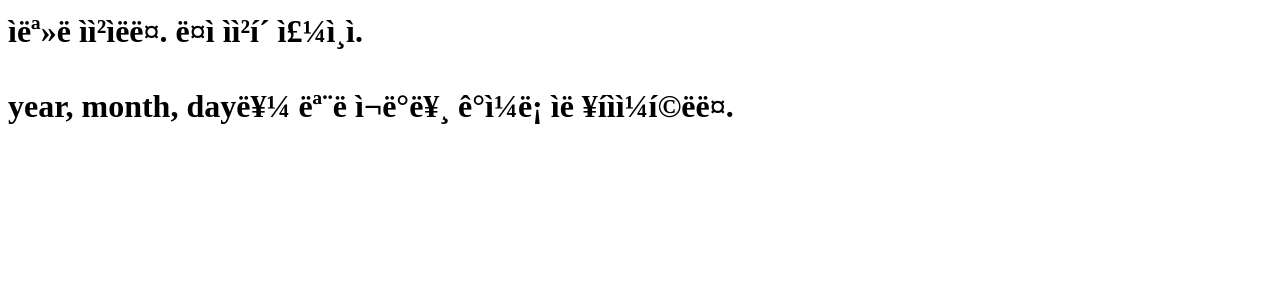
Repository: chungmin23/fastcampus_spring
Page: http://localhost/ch2/getYoilMVC5
An editor plug-in stored every save of this project. The page is shown before and after the next save, followed by the edit.
The browser window is 1280 px wide. The pictures show the whole page.
The page is served by Tomcat 9. Other server files are loaded and not shown.

Above is the page before, as saved 2022-04-08 11:49:55.

### ch2/src/main/webapp/WEB-INF/views/yoilError.jsp
<%@ taglib uri="http://java.sun.com/jsp/jstl/core" prefix="c" %>
<%@ page session="false" %>
<html>
<head>
	<title>Home</title>
</head>
<body>
<h1>잘못된 요청입니다. 다시 요청해 주세요.</h1>
<h1>year, month, day를 모두 올바른 값으로 입력하셔야합니다. </h1>
</body>
</html>

After the next save:
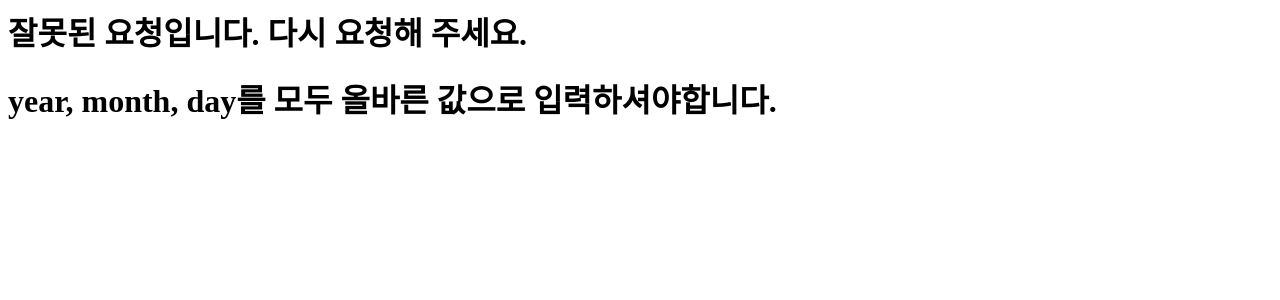
Saved 17 s later.
--- a/ch2/src/main/webapp/WEB-INF/views/yoilError.jsp
+++ b/ch2/src/main/webapp/WEB-INF/views/yoilError.jsp
@@ -1,3 +1,4 @@
+<%@ page contentType="text/html; charset=utf-8" %>
 <%@ taglib uri="http://java.sun.com/jsp/jstl/core" prefix="c" %>
 <%@ page session="false" %>
 <html>
